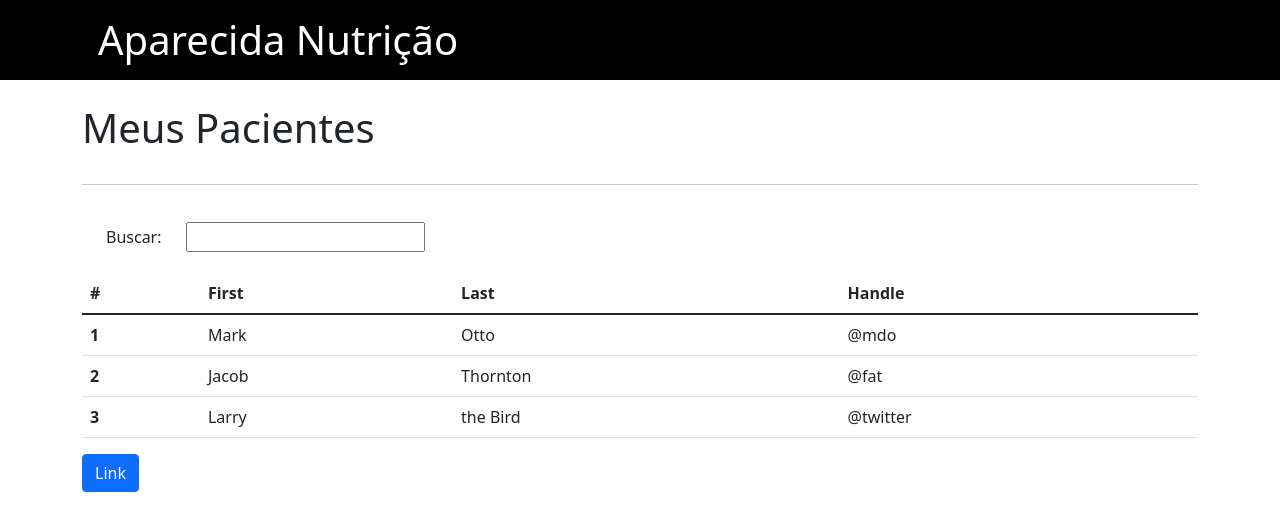
Repository: eversonps/app-paciente
Page: / (app in frontend/)
These files come from the project's save history. The page is drawn as it stood at one moment and after the next save; the edit follows.
The browser window is 1280 px wide. The pictures show the whole page.
The project was rebuilt for these pictures with package versions that can differ from the ones it lists, and the page was loaded fresh each time.

Above is the page before, as saved 2022-03-28 14:01:24.

After the next save:
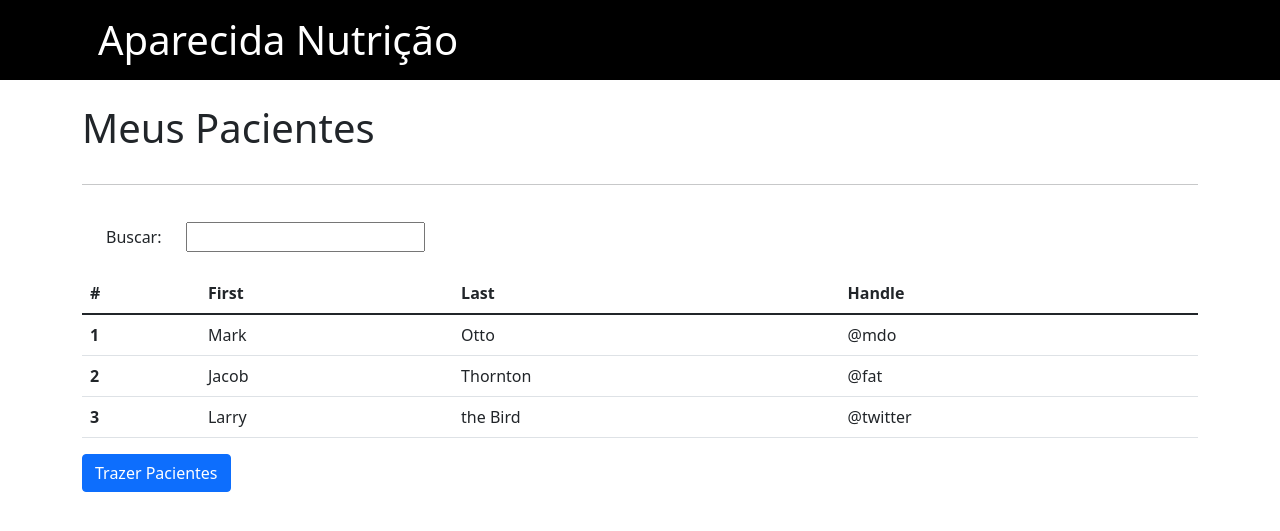
Saved 22 s later.
--- a/frontend/src/Templates/Table.jsx
+++ b/frontend/src/Templates/Table.jsx
@@ -32,7 +32,7 @@ export default props => (
             </tr>
             </tbody>
         </table>
-        <a class="btn btn-primary" href="#" role="button">Link</a>
+        <a class="btn btn-primary" href="#" role="button">Trazer Pacientes</a>
     </div>
 
 )
